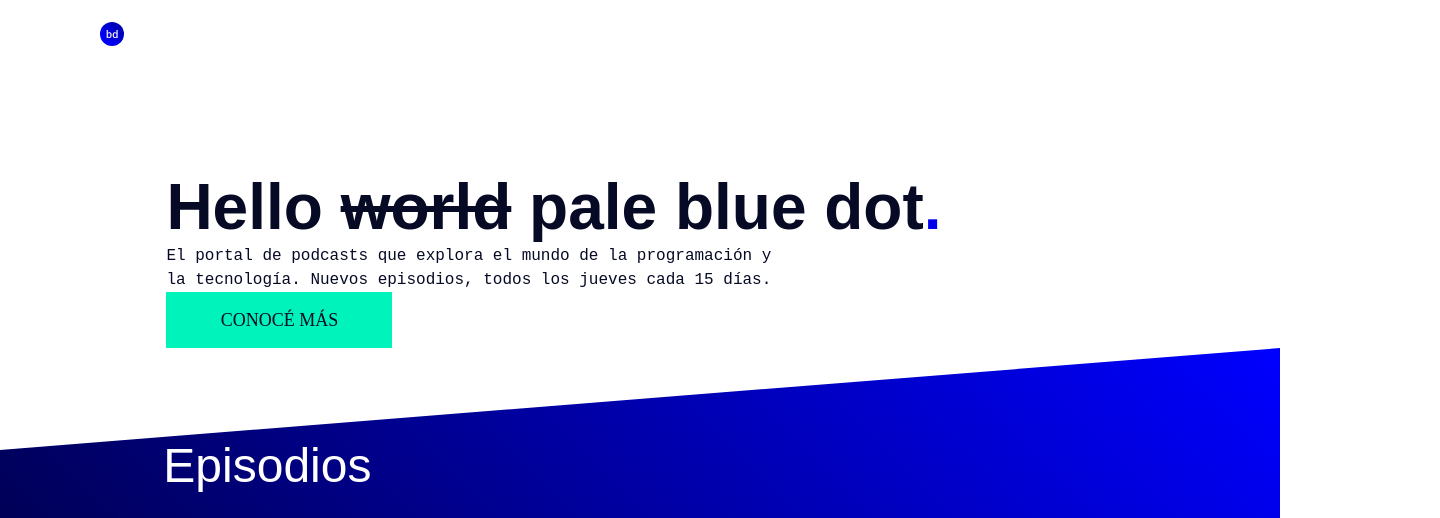
Repository: FedeGA93/podcast
Page: index.html
An editor plug-in stored every save of this project. The page is shown before and after the next save, followed by the edit.
The browser window is 1280 px wide. The page is 1440 px wide, so the pictures cover 1440 px, including what lies to the right of the window. The pictures show the part of the page from y = 0 to 518 px (the page is 3205 px tall before and 3233 px after).
Pictures or frames that could not be fetched are drawn as grey boxes. Some web fonts or font styles are not loaded; a fallback is used. Some web libraries are served in a nearby version.

Above is the page before, as saved 2019-11-26 17:28:53.

### index.html
<!DOCTYPE html>
<html lang="es">

<head>
    <meta charset="UTF-8">
    <meta name="viewport" content="width=device-width, initial-scale=1.0">
    <meta http-equiv="X-UA-Compatible" content="ie=edge">
    <title>BlueDot</title>
    <link rel="stylesheet" href="styles/styles.css">
    <link href="https://fonts.googleapis.com/css?family=IBM+Plex+Mono/IBM+Plex+Sans:400,400i,500,600&display=swap"
        rel="stylesheet">
    <link rel="stylesheet" href="https://cdnjs.cloudflare.com/ajax/libs/font-awesome/5.11.2/css/all.css">
    <link rel="shortcut icon" href="images/logo.ico" type="image/x-icon">
    <link rel="icon" href="images/logo.ico" type="image/x-icon">
</head>

<body>
    <header class="estilo-header">
            <nav>
        <div class="menu">
            <div>
                <img src="images/logo.svg" alt="Logo del podcast" class="responsive-logo">
            </div>
            <div>

                    <!-- DEsde acá-->
                    <input type="checkbox" id="transformacion" />
                    <label for="transformacion" class="fija-menu">
                        <span class="barras-negras-hamburger bar1"></span>
                        <span class="barras-negras-hamburger bar2"></span>
                        <span class="barras-negras-hamburger bar3"></span>
                    </label>
                    <!--Hasta acá es lo que tengo que copiar-->


            </div>
        </div>
    </nav>
    </header>
    <main class="primera-caja">
        <div class="centrado">
            <h1>Hello <s>world</s> pale blue dot<strong class="color-punto">.</strong></h1>
        </div>
        <div class="centrado">
            <p class="parrafos-general">El portal de podcasts que explora el mundo de la programación y <br> la
                tecnología.
                Nuevos episodios, todos los jueves cada 15 días.</p>
        </div>
        <div class="main-child">
            <article>
                <p><a class="btn cnmas" href="#nos">CONOCÉ MÁS</a></p>
            </article>
        </div>
    </main>
    <section>
        <article class="fondo-azul-gradiente sec">
            <div class="corteuno"></div>
            <div class="cortedos"></div>
            <div>
                <p class="color-blanco pad" id="epi">Episodios</p>
            </div>
            <div class="flex-spotify">
                <iframe src="https://open.spotify.com/embed-podcast/show/2ySVrxGkN6n6frMTo9Nsrt"
                    allowtransparency="true" frameborder="0" allow="encrypted-media"></iframe>
                <iframe src="https://open.spotify.com/embed-podcast/show/4kYCRYJ3yK5DQbP5tbfZby"
                    allowtransparency="true" frameborder="0" allow="encrypted-media"></iframe>
                <iframe src="https://open.spotify.com/embed-podcast/episode/2VHYWRX1mHcZQS89y3z2Xv" frameborder="0"
                    allowtransparency="true" allow="encrypted-media"></iframe>
                <iframe src="https://open.spotify.com/embed-podcast/show/2Iibd5A6R7mxkCm4NwNmUn"
                    allowtransparency="true" frameborder="0" allow="encrypted-media"></iframe>
            </div>
        </article>
    </section>
    <section>

        <div class="informacion">
            <article>
                <img src="images/phone.png" alt="El podcast en un telefono" class="telefono">
            </article>
            <article>
                <h2 class="color-negro" id="nos">De dónde venimos</h2>

                <p class="parrafos-general limit-text">Our posturings, our imagined self-importance, the delusion that
                    we
                    have some
                    privileged position in the Universe, are challenged by this point of pale light. </p> <br>

                <p class="parrafos-general limit-text">
                    Our planet is a lonely speck in the great enveloping cosmic dark. In our obscurity, in all this
                    vastness, there is no hint that help will come from elsewhere to save us from ourselves.</p>

            </article>
        </div>

    </section>
    <section>
        <h2 class="color-negro paddie" id="ent">
            Invitadas/os Estelares
        </h2>

        <div class="photo-box">
            <img src="images/grace-hopper.png" alt="Foto de Grace Hopper" class="photos">
            <img src="images/Katie-Bouman.png" alt="Foto de Katie Bouman" class="photos">
            <img src="images/Margaret_Hamilton.png" alt="Margaret Hamilton" class="photos">
            <img src="images/computadora1950.png" alt="Una computadora del año 1950" class="photos">
            <img src="images/computadoraprogramable.png" alt="La primera computadora programable del mundo"
                class="photos">
            <img src="images/susan-kare.png" alt="Foto de Susan Kare" class="photos">

        </div>
    </section>
    <section class="top">
        <h2 class="color-negro center-text" id="topi">Algunos de nuestros temas</h2>
        <div>
            <section class="alineado">
                <article>
                    <img src="images/icon1.svg" alt="Una computadora que demuestra el trabajo remoto"
                        class="theme-size">
                    <p class="temas">Trabajo remoto</p>
                </article>
                <article>
                    <img src="images/icon2.svg" alt="Una cabeza pensando" class="theme-size">
                    <p class="temas">Repensando la programación</p>
                </article>

                <article>
                    <img src="images/icon3.svg" alt=" Un libro de código" class="theme-size">
                    <p class="temas">Bases de código</p>
                </article>

                <article>
                    <img src="images/icon4.svg" alt="Logo de seguridad" class="theme-size">
                    <p class="temas">Seguridad informática</p>
                </article>
            </section>
        </div>
    </section>
    <section>
        <div class="fondo-azul-gradiente secfoot">
            <div class="corteuno"></div>
            <article>
                <h2 class="color-blanco center-text">
                    ¿Querés las últimas novedades?
                </h2>
            </article>

            <article>
                <p> <a class="btn ele" href="#epi">ESCUCHÁ LOS EPISODIOS</a> </p>
            </article>

        </div>
    </section>

    <footer>
        <div class="flex-end">
            <h3 class="informacion">© 2019— Hello blue pale dot </h3>
            <article>
                <i class="fab fa-spotify"></i>
                <a href="https://twitter.com/w3c"> <i class="fab fa-twitter"></i></a>
                <i class="fab fa-instagram"></i>
                <i class="fab fa-facebook"></i>
            </article>
        </div>
    </footer>
</body>

</html>

### styles/styles.css
* {
  margin: 0;
  padding: 0;
  border: 0;
  box-sizing: content-box;
}

.menu {
  display: flex;
  flex-flow: row;
  justify-content: space-between;
  padding: 22px 244px 120px 100px;
  position: static;
  top: 0;
  overflow: hidden;
}
.menu-hijo {
  display: flex;
  flex-flow: row wrap;
  text-decoration: none;
  list-style-type: none;
  justify-content: flex-end;
  text-indent: 20px;
}

.primera-caja {
  display: flex;
  flex-flow: column;
  padding: 0 13%;
}
.centrado {
  justify-content: center;
}
.color-letras:active {
  color: RGBA(6, 10, 36, 0.53);
}
.color-letras:hover {
  color: #00f3bb;
  text-decoration: line-through;
}
.color-letras {
  font-family: "IBM Plex Mono", monospace;
  font-size: 16px;
  color: #060a24;
  letter-spacing: 0;
  line-height: 28px;
  text-decoration: none;
}

h1 {
  font-family: "IBM Plex Sans", sans-serif;
  font-size: 64px;
  color: #060a24;
  letter-spacing: 0;
}
.color-punto {
  font-family: "IBM Plex Sans", sans-serif;
  font-size: 64px;
  color: #0000ec;
  letter-spacing: 0;
}
.parrafos-general {
  font-family: "IBM Plex Mono", monospace;
  font-size: 16px;
  color: #060a24;
  letter-spacing: 0;
  line-height: 24px;
}

input {
  display: none;
}

.sec {
  position: relative;
  width: 100%;
  height: 124vh;
  overflow: hidden;
}
.secfoot {
  display: flex;
  justify-content: center;
  align-items: center;
  flex-direction: column;
  position: relative;
  width: 100%;
  height: 50vh;
  overflow: hidden;
}
.fondo-azul-gradiente {
  background-image: linear-gradient(225deg, #0000ff 0%, #000003 100%);
}

/* Cortes del fondo */

.corteuno {
  position: absolute;
  top: 0;
  left: 0;
  border-width: 0 0 8vw 100vw;
  border-style: solid;
  border-color: transparent #fff transparent;
}
.cortedos {
  position: absolute;
  bottom: 0;
  left: 0;
  border-width: 0 0 10vw 100vw;
  border-style: solid;
  border-color: transparent transparent #fff;
}

.color-blanco {
  font-family: 'IBM Plex Sans', sans-serif;
  font-size: 48px;
  color: #ffffff;
  letter-spacing: 0;
}.color-negro {
  font-family: "IBM Plex Sans", sans-serif;
  font-size: 48px;
  color: #060a24;
  letter-spacing: 0;
}
.informacion {
  display: flex;
  justify-content: flex-start;
  flex-direction: row;


}

.btn {
  display: flex;
  align-items: center;
  justify-content: center;
  background-color: #00f3bb;
  font-family: "IBMPlexMono", Medium;
  font-size: 18px;
  color: #060a24;
  letter-spacing: 0;
  text-align: center;
  line-height: 24px;
  text-decoration: none;
}
.btn:hover,
.btn:focus {
  background-image: linear-gradient(225deg, #0000fe 0%, #00f0b8 100%);
  color: #ffffff;

}
.cnmas{
  height: 56px;
  width: 226px;
}
.ele{
  width: 345px;
  height: 56px;

}

.flex {
  display: flex;
  flex-direction: row;
  flex-wrap: nowrap;
  justify-content: space-between;
}
.pad {
  padding:7% 12.76% 0;
}
.flex-spotify {
  display: flex;
  flex-flow: row wrap;
  padding: 2% 8% ;
}
.temas {
  font-family: "IBMPlexSans";
  font-weight: 600;
  font-size: 24px;
  color: #060a24;
  letter-spacing: 0;
  text-align: center;
}

.alineado {
  display: flex;
  flex-flow: row;
  justify-content: space-evenly;
  text-align: center;
}
.telefono {
  position: relative;
  top: -311px;
  height: 660px;
  width: 457.6px;
  padding: 200px 64px 0 200px;
}
iframe {
  padding: 0 72px 72px 0;
  position: relative;
  z-index: 1;
  width:44%;
  height: 232px ;

}

.paddie {
  margin: -267px 0 36px 200px;
  z-index: 1;
}
.photos {
  width: 480px;
  height: 364px;
}
.photo-box {
  width:fit-content;
  display: grid;
  grid-template-columns: repeat(3, 0fr);
  grid-template-rows: repeat(2, min(25vw));
}
.limit-text{
  width: 54%;
}
.theme-size{
  width: 104px;
  height: 104px;
}
.top{
  margin-top:5%;
}
.flex-end{
  display: flex;
  flex-direction: row;
  justify-content: space-between;
}
/*
  ***************************************************
    ***********************************************
      ********************************************
        ****************************************
        *****************MOBILE*****************
        ****************************************
      ********************************************
     **********************************************
   **************************************************
 */

@media screen and (max-width: 600px) {
  * {
    margin: 0px;
    padding: 0;
    border: 0;
  }
  .estilo-header{
    padding: 3%;
    }
  .barra-navegadora {
    display: none;
  }
  .menu{
    padding: 0px;
    position: sticky;
  }
  .seccion {
    width: 100%;
  }

  .responsive-logo {
    margin: 2.2% 87.5% 1.2% 2%;
  }
  .menu-hijo {
    display: none;
  }
  .menu-hijo:hover {
    display: block;
  }
   h1 {
    font-family: "IBM Plex Sans", sans-serif;
    font-size: 36px;
    color: #060a24;
    letter-spacing: 0;
    line-height: 42px;
  }

  .parrafos-general {
    font-family: "IBM Plex Mono", monospace;
    font-size: 14px;
    color: #060a24;
    letter-spacing: 0;
    line-height: 22px;
  }
  .color-blanco {
    font-family: "IBM Plex Sans", sans-serif;
    font-size: 36px;
    color: #ffffff;
    letter-spacing: 0;
    line-height: 42px;
  }
  .color-negro {
    font-family: "IBM Plex Sans", sans-serif;
    font-size: 36px;
    color: #060a24;
    letter-spacing: 0;
    line-height: 42px;
  }
  .cnmas {
    height: 48px;
    width: 100%;
  }
  .barras-negras-hamburger {
    display: block;
    width: 33px;
    height: 4px;
    margin-bottom: 5px;
    position: relative;
    background: black;
    border-radius: 3px;
  }
  .sec{
    height: 160vh;
  }
  .secfoot{
    height: 40vh;
  }
  .center-text{
    text-align: center;
  }
  .telefono{
    top:-60px;
    padding: 0 0 0 9%;
    width: 360px;
    height: 519px;

  }
  .photo-box{
    grid-template-columns: repeat(1, 0);
    grid-template-rows: repeat(1, 16.5%);
  }
  .paddie{
    margin: 0;
  }
  .photos{
    height: auto;
    width: 100vw;
  }
  iframe{
    padding: 1%;
    width: auto;
  }
  .informacion{
    flex-direction: column;
  }
  .alineado{
    flex-direction: column;
  }
  .flex-spotify{
    padding: 2% 15%;
  }
  /* A partir de acá*/

input[type="checkbox"]:checked ~ label > span.bar1 {
  -webkit-transform: rotate(-45deg) translate(-8px,6px);
  transform: rotate(-45deg) translate(-8px, 6px);
  transition-delay: 0.1s;
}
input[type="checkbox"]:checked ~ label > span.bar2 {
  opacity: 0;
}
input[type="checkbox"]:checked ~ label > span.bar3 {
  -webkit-transform: rotate(45deg) translate(-8px, -6px);
  transform: rotate(45deg) translate(-8px, -6px);
  transition-delay: 0.1s;
}
input[type="checkbox"]:checked ~ .menu-hijo {
  background-color: blue;
  display: block;
  margin: auto;
  padding: initial;
  z-index:1000;


}


input {
  display: none;
}
.fija-menu{
  display: block;
  direction: rtl;
}
/* hasta acá*/
}
/*
  ***************************************************
    ***********************************************
      ********************************************
        ****************************************
         ***************TABLET*****************
        ****************************************
      ********************************************
     **********************************************
   **************************************************
 */

After the next save:
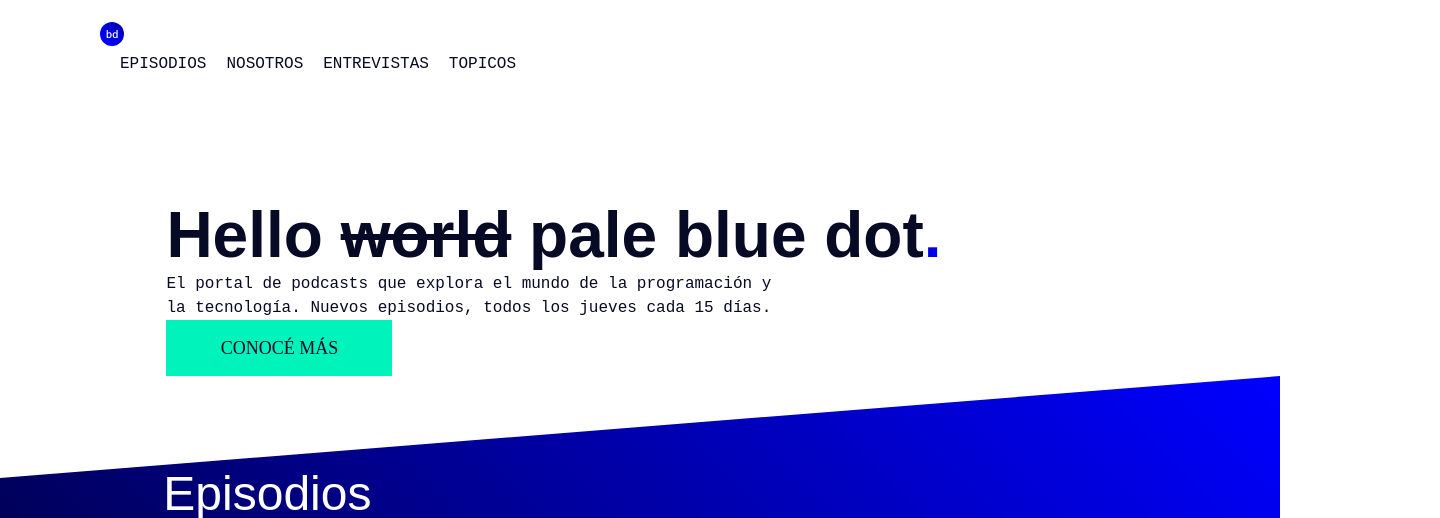
Saved 9 s later.
--- a/index.html
+++ b/index.html
@@ -20,6 +20,12 @@
         <div class="menu">
             <div>
                 <img src="images/logo.svg" alt="Logo del podcast" class="responsive-logo">
+                <ul class="menu-hijo">
+                        <li><a class="color-letras" href="#epi">EPISODIOS</a></li>
+                        <li><a class="color-letras" href="#nos">NOSOTROS</a></li>
+                        <li><a class="color-letras" href="#ent">ENTREVISTAS</a></li>
+                        <li><a class="color-letras" href="#topi">TOPICOS</a></li>
+                    </ul>
             </div>
             <div>
 

After the 4 saves that followed:
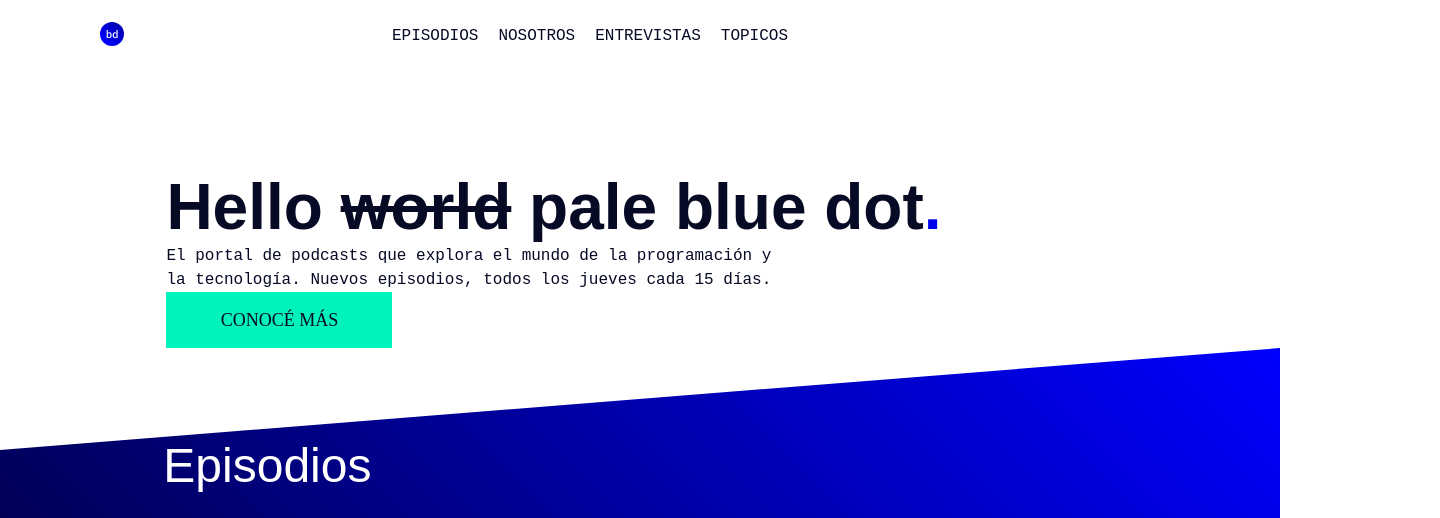
The 4 saves are shown as one change because they came seconds apart.
The last was saved 49 s later.
--- a/index.html
+++ b/index.html
@@ -20,13 +20,14 @@
         <div class="menu">
             <div>
                 <img src="images/logo.svg" alt="Logo del podcast" class="responsive-logo">
-                <ul class="menu-hijo">
-                        <li><a class="color-letras" href="#epi">EPISODIOS</a></li>
-                        <li><a class="color-letras" href="#nos">NOSOTROS</a></li>
-                        <li><a class="color-letras" href="#ent">ENTREVISTAS</a></li>
-                        <li><a class="color-letras" href="#topi">TOPICOS</a></li>
-                    </ul>
+
             </div>
+            <div><ul class="menu-hijo">
+                    <li><a class="color-letras" href="#epi">EPISODIOS</a></li>
+                    <li><a class="color-letras" href="#nos">NOSOTROS</a></li>
+                    <li><a class="color-letras" href="#ent">ENTREVISTAS</a></li>
+                    <li><a class="color-letras" href="#topi">TOPICOS</a></li>
+                </ul></div>
             <div>
 
                     <!-- DEsde acá-->
